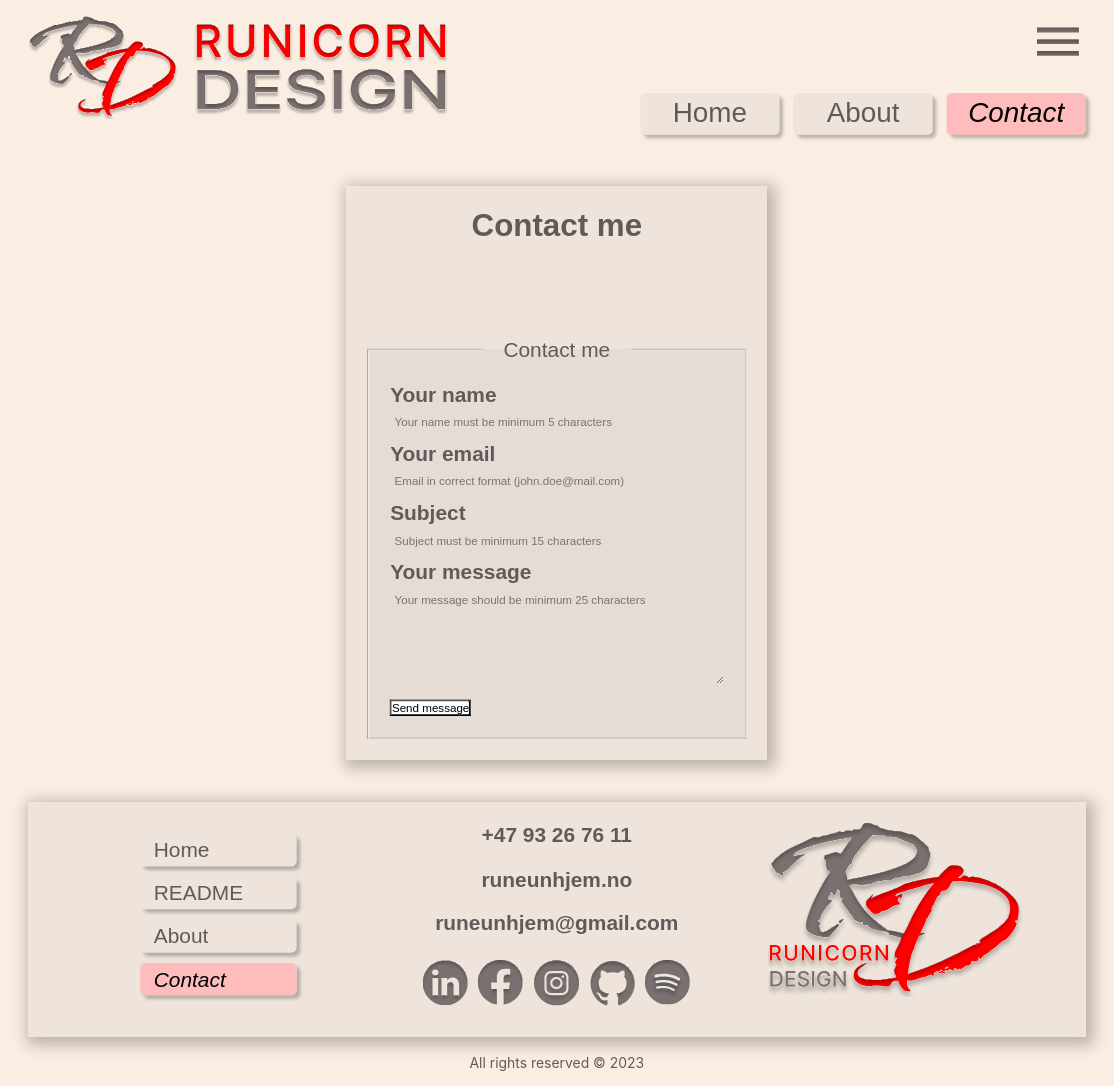
Repository: runeunhjem/portfolio1-ca
Page: contact.html
An editor plug-in stored every save of this project. The page is shown before and after the next save, followed by the edit.
The browser window is 1280 px wide. The pictures show the whole page, at 87% of full size.
Some web fonts or font styles are not loaded; a fallback is used. The style sheet was rebuilt from its Sass, Less or Tailwind sources for each picture, by a compiler version that may differ from the author's.

Above is the page before, as saved 2023-06-08 06:12:55.

After the next save:
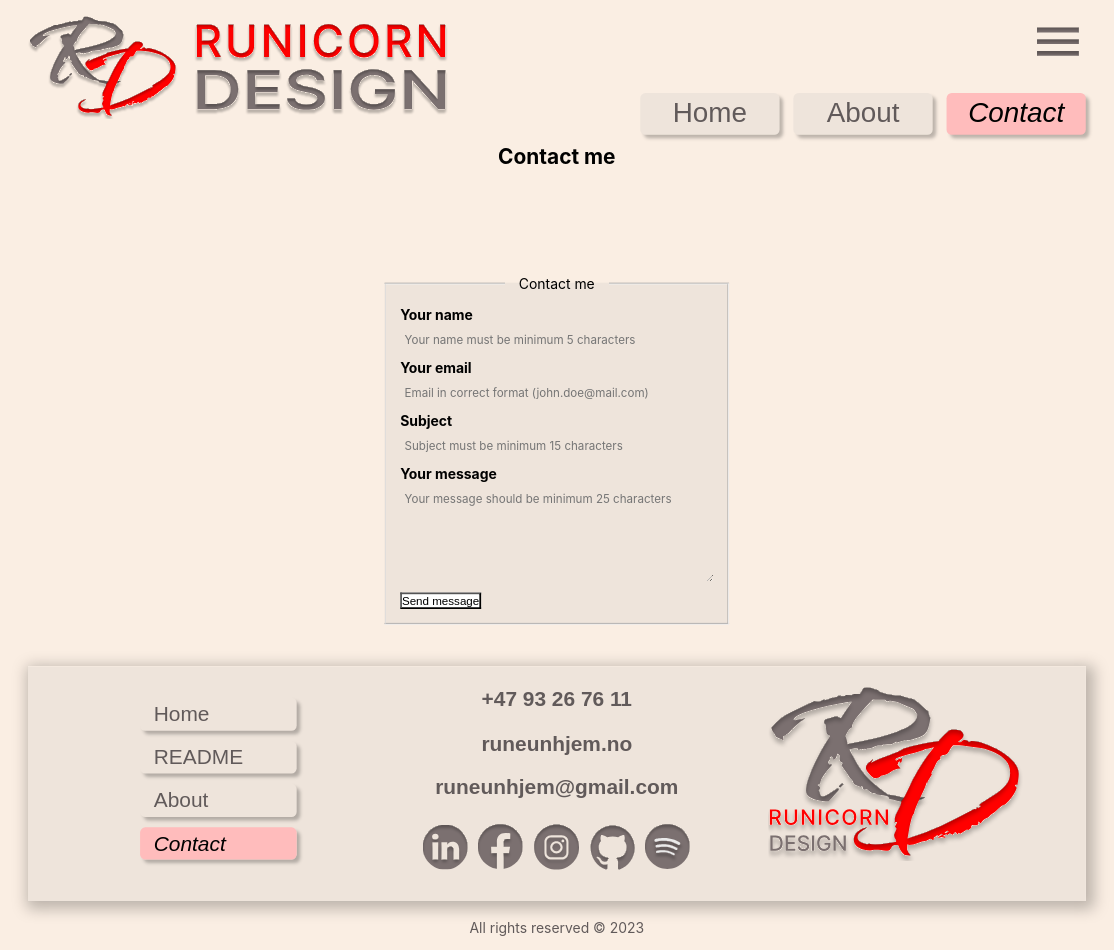
Saved 4 s later.
--- a/contact.html
+++ b/contact.html
@@ -33,7 +33,7 @@
     </div>
   </header>
   <main class="flex-column">
-    <section class="contact flex">
+    <section class="contact-section flex">
       <h1 class="flex header">Contact me</h1>
       <!-- [contact-form-7 id="158" title="Chef's Teable Contact Form"] -->
       <fieldset class="contact-fieldset flex-column">
